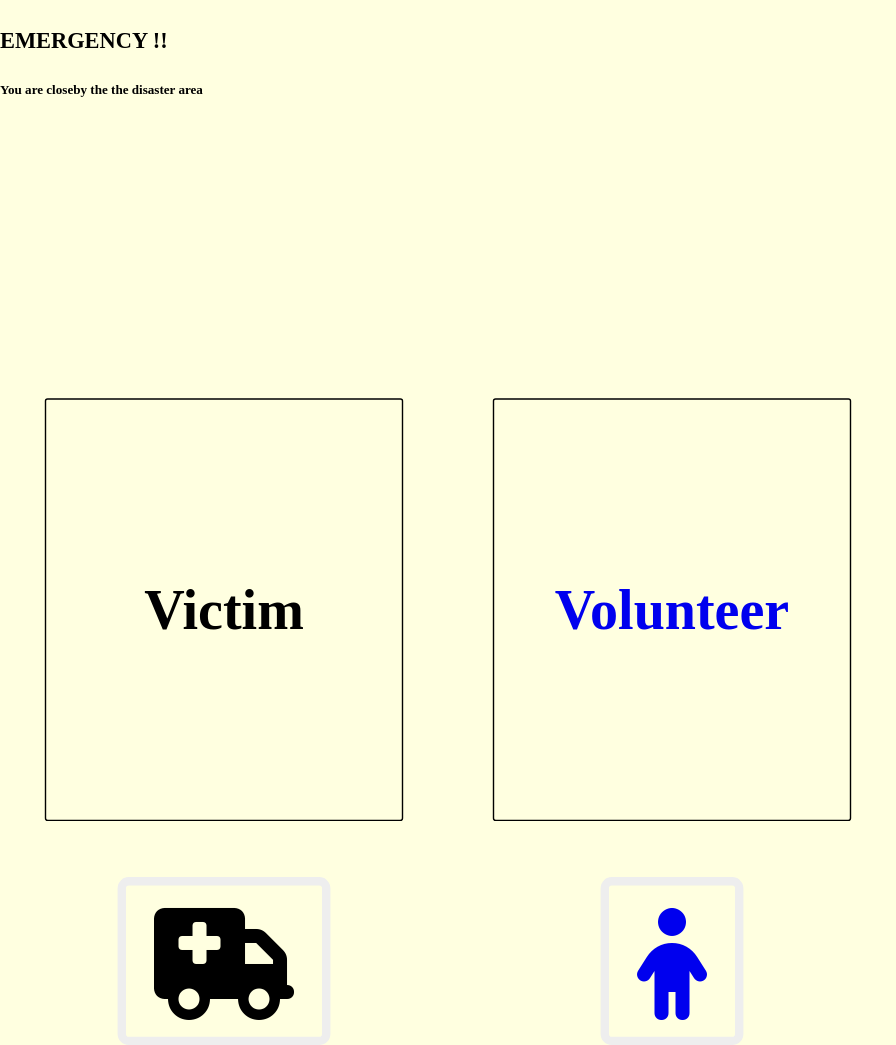
Repository: KittichoteKamalapirat/EMS-management-system
Page: index.html
The author's editor kept a record of every edit. The page is drawn from the files as they stood at one moment, then again after the next edit.
The browser window is 1280 px wide. The pictures show the whole page, at 70% of full size.
Some web libraries are served in a nearby version.

Above is the page before.
Console error: ReferenceError: $ is not defined

### index.html
<!DOCTYPE>
<!DOCTYPE html>
<html>
<head>
    <meta charset = "utf-8">
    <link rel = "stylesheet" href="/css/index.css" type="text/css" />
    <script src="https://use.fontawesome.com/804afe4c6e.js"></script>

    <!--<link rel = "stylesheet" href="/css/hamburger.css" type="text/css" />-->
    <!--<script src="https://ajax.googleapis.com/ajax/libs/jquery/3.3.1/jquery.min.js"></script>-->


</head>

<body>
    <header class = "head-list">
        <h1 class = "head-tag">EMERGENCY !!</h1>

        <h3 class = "head-tag">You are closeby the the disaster area</h3>


    </header>
    <div class = "splet-boxes">
    <div class="left-box">
        <p>Victim</p>
        <i class="fa fa-ambulance fa-2x fa-border"></i>
    </div>

    <a href="/skills"><div class="right-box">

        <p>Volunteer</p>
        <i class="fa fa-child fa-2x fa-border"></i>
    </div>
    </a>
    </div>

    <script src='/javascript/index.js'></script>

</body>

</html>

### public/css/index.css
body {
  background: #FFFFE0;
}

  /* Always set the map height explicitly to define the size of the div
       * element that contains the map. */
      #map {
        height: 100%;
      }
      /* Optional: Makes the sample page fill the window. */
      html, body {
        height: 100%;
        margin: 0;
        padding: 0;
      }


/*modal box*/

.head-tag{
  margin-top: 40px;
}
.bg-modal {
  width:100%;
  height: 100%;
  background-color: rgba(0, 0, 0, 0.8);
  position: absolute;
  top: 0;
  display: none;
  justify-content: center;
  align-items: center; }


.bg-modal .close {
  position: absolute;
  font-size: 3rem;
　right: 1rem;
  top: 0, 5rem;
  transform: rotate(45deg);
  cursor: pointer; }


.box{
  display: grid¥;
  justify-content: center;
  margin: 0 auto;
  padding: 5rem;
  width: 50%;
  background-color: white;
  position: relative;
 }

 /*html1について*/
.header {
  height: 100px;
  width:100%;
  gackgroud: #E9967A;
}
.splet-boxes {
  margin-top: 350px;
}

.left-box {
  margin-left:5%;
  font-size: 80px;
  float: left;
  width:40%;
  text-align: center;
  height: 600px;
  line-height: 600px;
  cursor: pointer;
}
p {
  font-weight: bold;
  border-radius: 4px;
  border: 2px solid black;
}

.right-box {
  margin-right:5%;
  font-size: 80px;
  float: right;
  width:40%;
  text-align: center;
  height: 600px;
  line-height: 600px;
  cursor: pointer;
}
.left-box p:hover {
  background: #FF0000;
  opacity: 0.7;
}
.right-box p:hover {
  background: #66FF99;
  opacity: 0.7;
}


/*html２について*/
.select-skill {
  font-size: 100px;
  text-align: center;
  font-weight: bold;
  margin-top: 100px;
}
li > input {
  position:relative;
   width: 50px;
   height:50px;
  float: left;
  margin: 50px 40px 0 20px;
  transform:scale(1.5);
}

.scrollWrap {
  width: 100%;
  margin: 0px auto;
  overflow: auto;
}
.scrollContent ul {
  margin-top: 50px;
  list-style: none;
  background: white;
  padding: 0;
  position: relative;
}
.scrollContent ul li {
  margin-bottom: 30px;
  font-size: 30px;
  height: 150px;
  line-height: 150px;
  border:1px solid black;
  border-left: solid 6px #2d8fdd;
  position: relative;
}
.selected {
  background: #FFDDFF;
  opacity: 0.5;
}
/*スクロールバーの幅*/
::-webkit-scrollbar {
    width: 6px;
}
/*スクロールバーのレール*/
::-webkit-scrollbar-track {
  border-radius: 30px;
  background: #eee;
}
/*スクロールバーのつまみ*/
::-webkit-scrollbar-thumb {
  border-radius: 30px;
  background: #81D4FA;
}

a {
  text-decoration: none;
}

#decide {
  margin:100px auto 100px;
  font-size: 60px;
  width: 600px;
  padding: 20px 60px 30px 60px;
  text-align: center;
  display: block;
  color: white;
  background: rgb(34,181,115);
　font-size: 70px;
　border-radius: 20px;
　text-align: center;
　line-height: 100px;
}


/*html3について*/
h2 {
  text-align: center;
  font-size: 100px;
}
.loading {
  margin-top: 300px;
}

.icon {
  margin: 0 auto;
  width: 100%;
  text-align: center;
  font-size: 100px;
  transition: .4s;
}
.wait {
  margin-top: 0;
}
.thanks {
  margin: 0 auto;
  width: 100%;
  text-align: center;
  font-size: 100px;
}

.container{
    margin: 0 auto;
    text-align:center;
}
.can {
  margin-top: 300px;
}

#loading{
    margin: 0 auto;
    display: block;
    width: 400px;
}
.fa-check-circle:before {
  color: rgb(34,181,115);
}

.go {
  margin:350px auto 100px;
  text-decoration: none;
  text-align: center;
  font-size: 50px;
  border:1px solid black;
  border-radius: 5px;
  display: block;
  color:white;
  background: rgb(34,181,115);
  width:600px;
  height: 100px;
  line-height: 100px;
}


/*direction button for map page*/

#map{
  position: fixed;
  z-index:0;
}
.direction-button{
  font-size: 20px;
  position: relative;
  color: white;
  bottom: 60px;
  left: 20px;
  z-index:10;
  padding: 10px 20px;
  border-radius: 5px;
  background-color: rgb(0,113,188);
  box-shadow: 5px 5px 5px rgba(0, 0, 0, .5);
}

### public/javascript/index.js
// turn 3 stripes to X
$("#hamburger").click(function(){
  $("#hamburger").toggleClass("is-active")
});

// toggle nav bar
$("#hamburger").click(function(){
  $("ul").toggleClass("active")
});

// $("#hamburger").click(function(){
//   $(".backtohome").toggleClass("not-active")
// });

After the next edit:
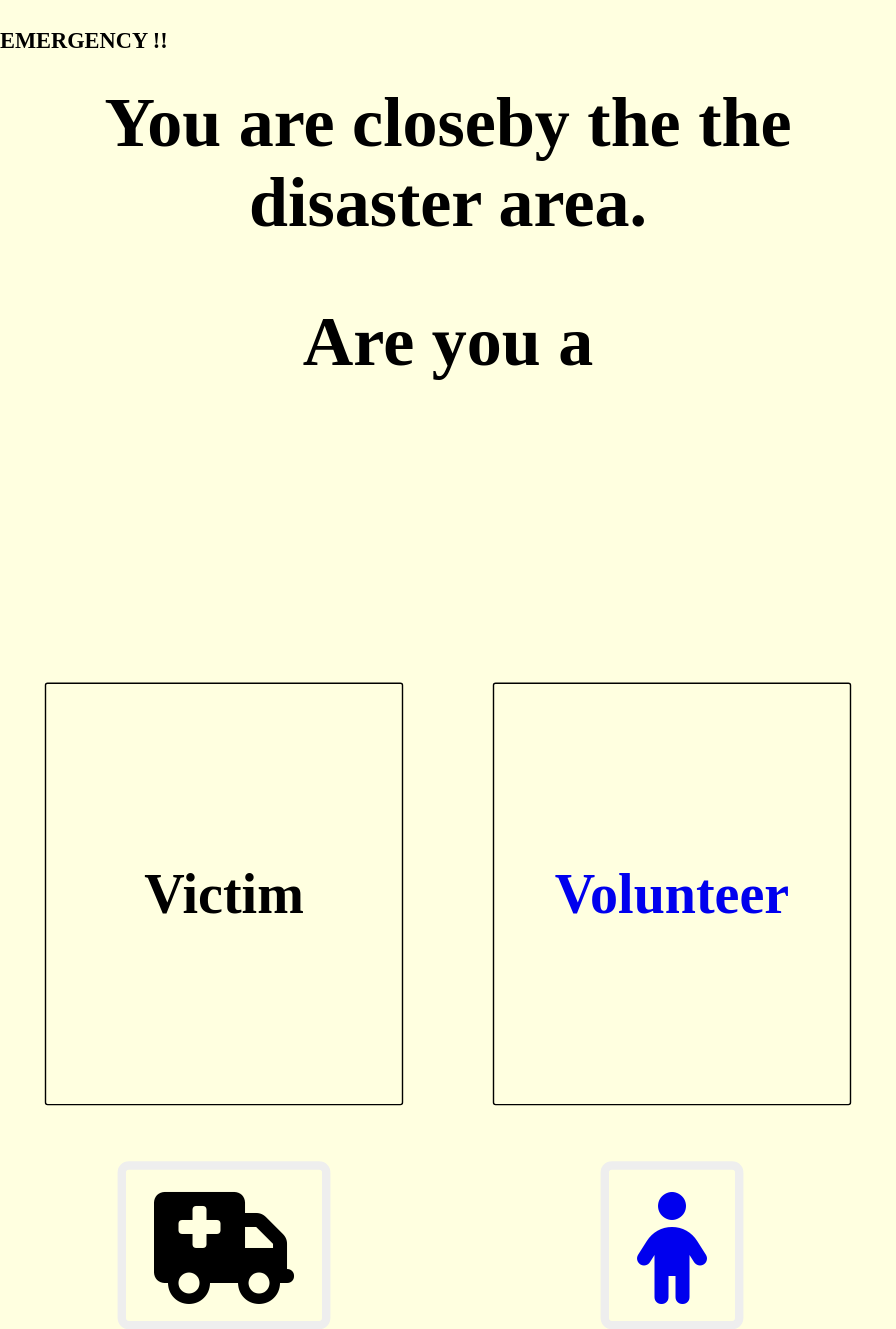
The edit:
--- a/index.html
+++ b/index.html
@@ -16,7 +16,8 @@
     <header class = "head-list">
         <h1 class = "head-tag">EMERGENCY !!</h1>
 
-        <h3 class = "head-tag">You are closeby the the disaster area</h3>
+        <h2 class = "head-tag">You are closeby the the disaster area.</h2>
+        <h2 class = "head-tag">Are you a</h2>
 
 
     </header>
